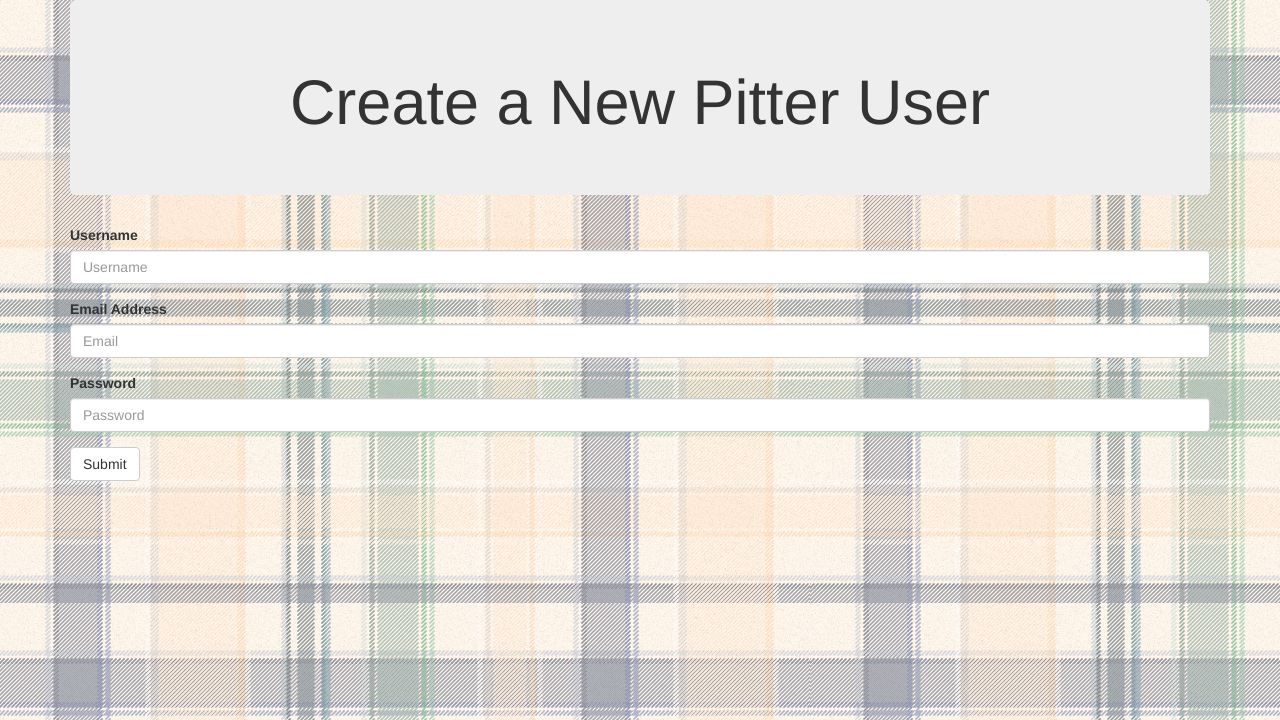
Repository: PercyODI/pitter
Page: http://localhost/adduser.php
The author's editor kept a record of every edit. The page is drawn from the files as they stood at one moment, then again after the next edit.
The browser window is 1280 px wide. The pictures show the whole page.
The page is run by PHP 8.4 with error messages shown; the project is at /var/www/html/.

Above is the page before.

After the next edit:
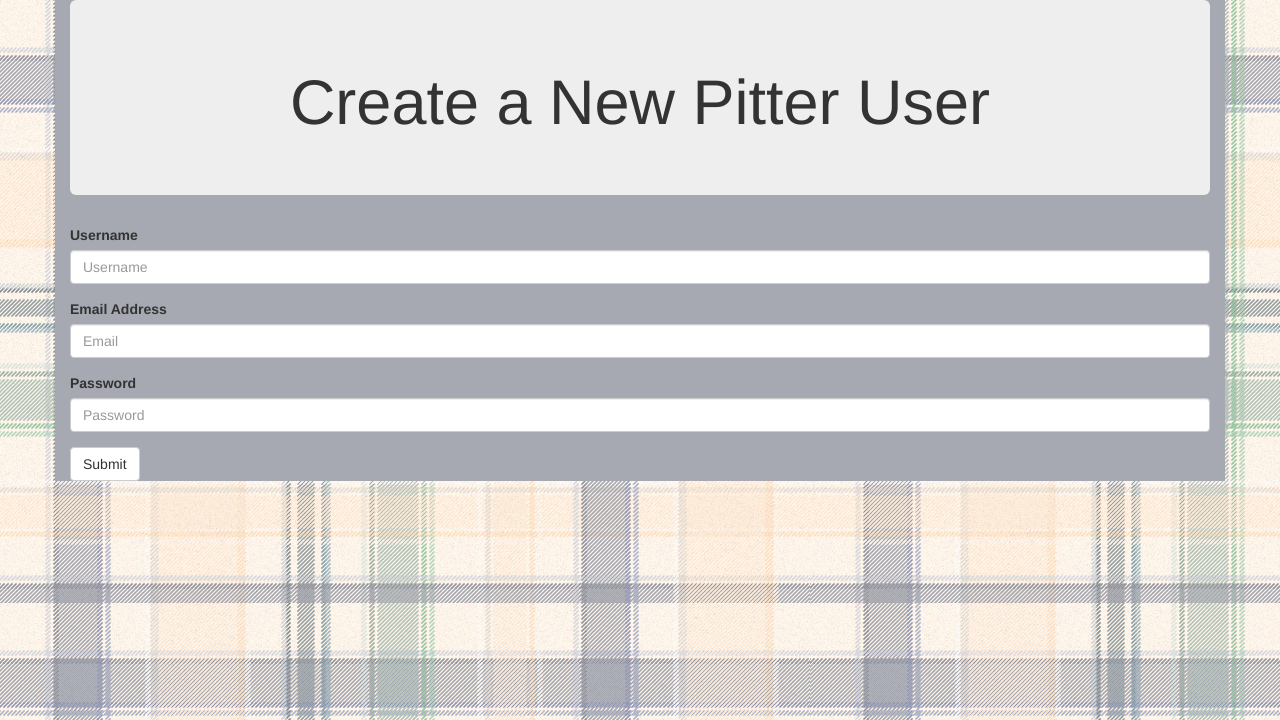
The edit:
--- a/adduser.php
+++ b/adduser.php
@@ -11,7 +11,7 @@
         <link href="css/bootstrap.css" rel="stylesheet">
     </head>
     <body>
-        <div class='container'>
+        <div class="container" style="background-color: #A7A9B2">
             <div class='jumbotron centerfy'><h1>Create a New Pitter User</h1></div>
             <form method='post' action='adduserpost.php'>
                 <div class="form-group">
